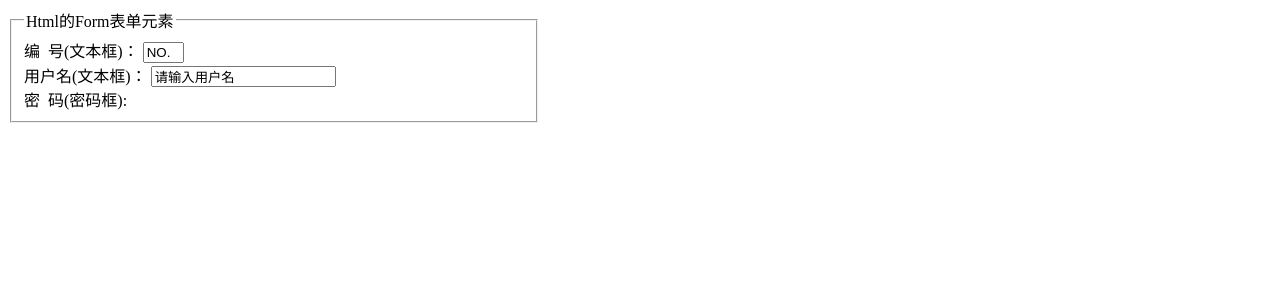
Repository: frankstar007/java
Page: http://localhost/Servlet_Study/request_form1.jsp
An editor plug-in stored every save of this project. The page is shown before and after the next save, followed by the edit.
The browser window is 1280 px wide. The pictures show the whole page.
The page is served by Tomcat 9. Nobody is signed in. The application's start-up code is not run.

Above is the page before, as saved 2016-05-01 02:34:41.

After the next save:
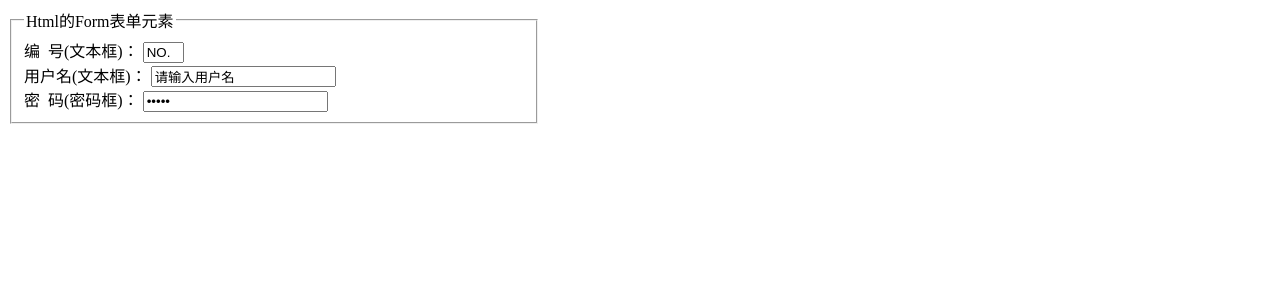
Saved 56 s later.
--- a/Servlet_Study/WebContent/request_form1.jsp
+++ b/Servlet_Study/WebContent/request_form1.jsp
@@ -13,7 +13,8 @@
 		<input type="text" name="userid" value="NO." size="2" maxlength="2"><br>
 	用户名(文本框)：
 		<input type="text" name="username" value="请输入用户名"><br>
-	密&nbsp;&nbsp;码(密码框):
+	密&nbsp;&nbsp;码(密码框)：
+	<input type="password" name="userpass" value="请输入密码"><br>
 
 
 
